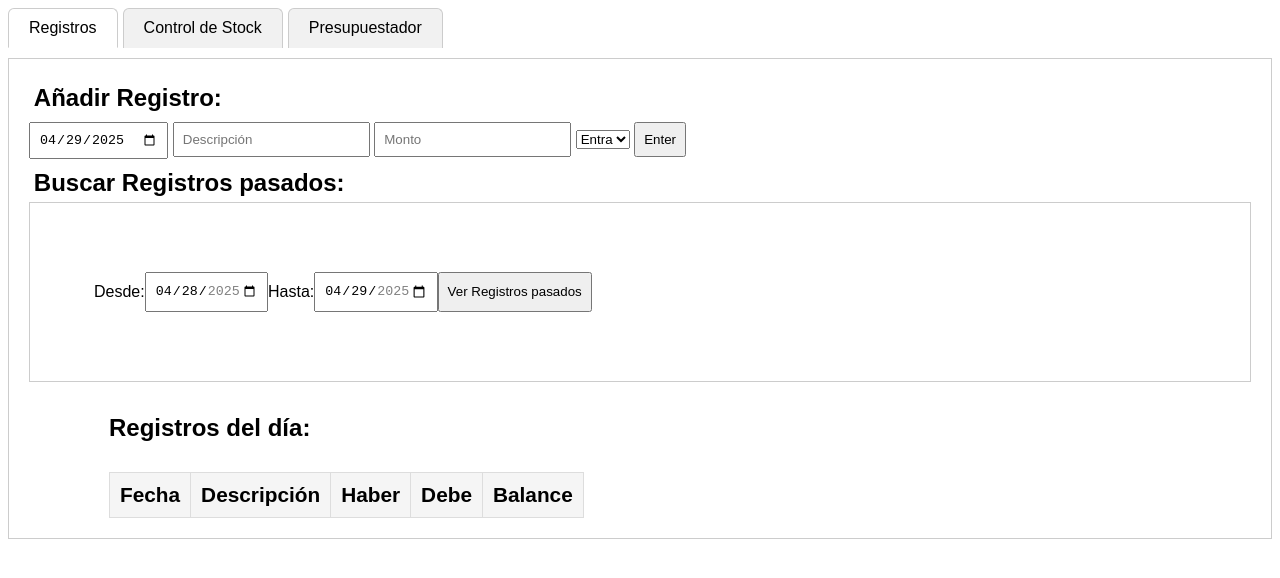
Repository: Joako-Herrero/Proyecto-de-Feria-de-ciencias
Page: program/registro.html
An editor plug-in stored every save of this project. The page is shown before and after the next save, followed by the edit.
The browser window is 1280 px wide. The pictures show the whole page.
The page's requests for data from a server got no answer.

Above is the page before, as saved 2025-05-28 16:39:23.

After the next save:
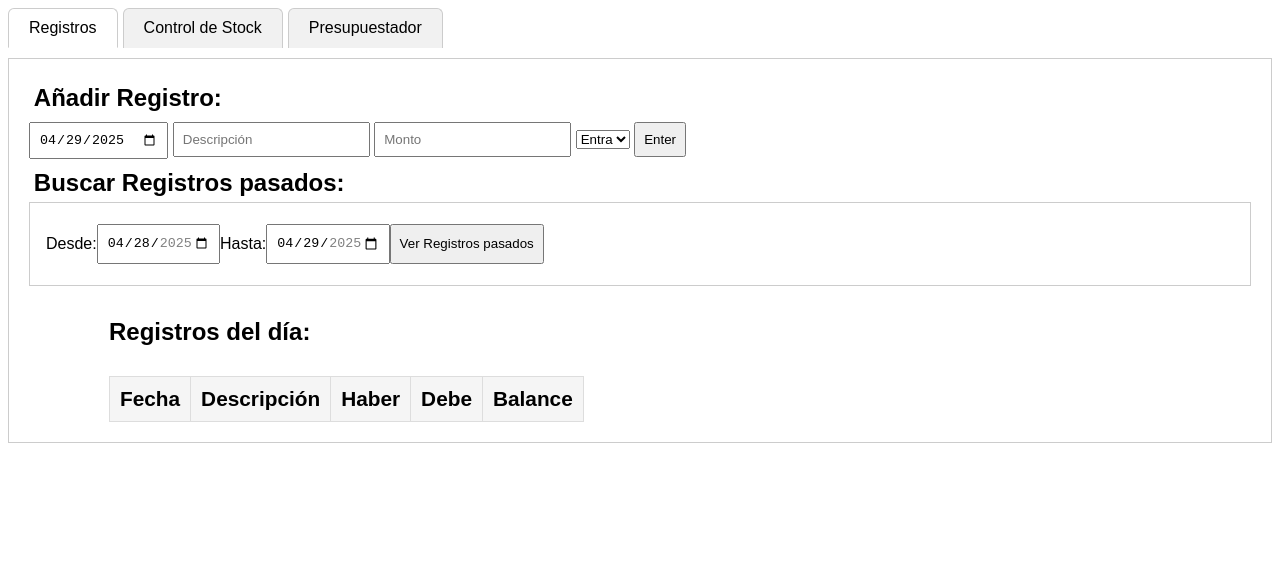
Saved 4 s later.
--- a/program/registro.html
+++ b/program/registro.html
@@ -63,7 +63,7 @@
 
 
         #formFiltrarFechas{
-            padding: 4rem;
+            padding: 1rem;
             border: #ccc solid 1px;
             display: flex;
         }
